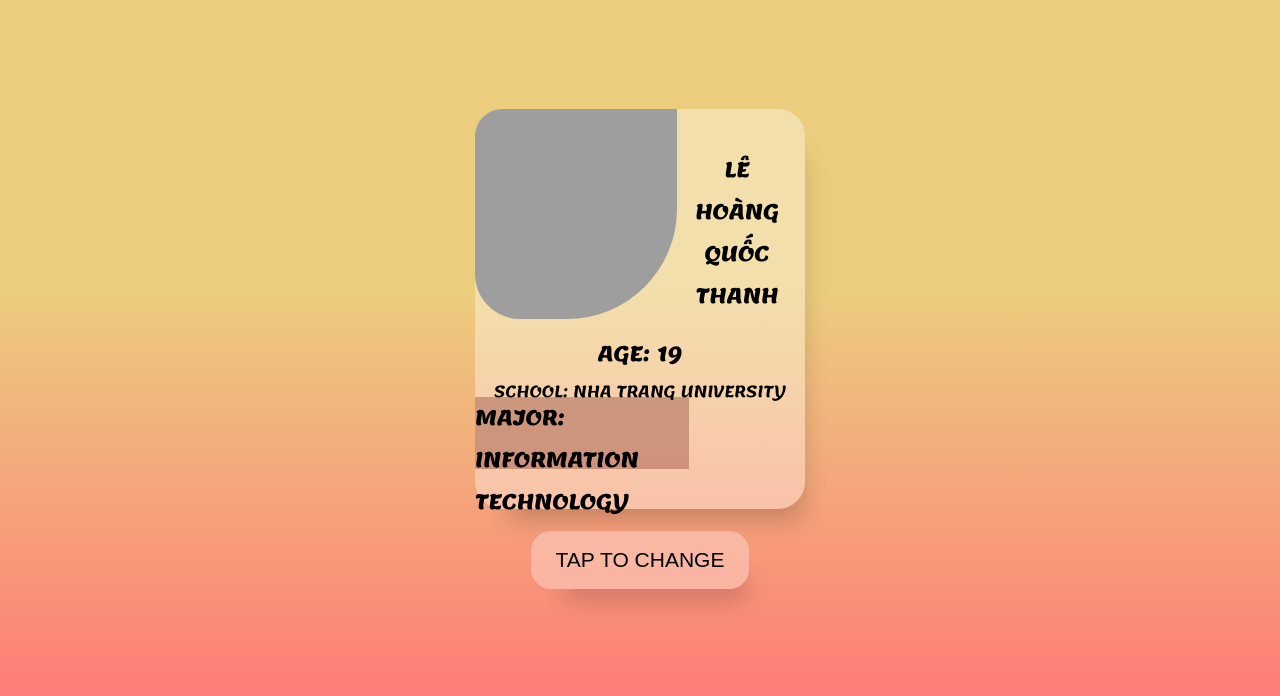
Repository: ThanhThn/profile
Page: index.html
The author's editor kept a copy of each file at every save. The page is drawn from the files as they stood at one save, then again after the next save.
The browser window is 1280 px wide. The pictures show the whole page.
Pictures or frames that could not be fetched are drawn as grey boxes. Some web fonts or font styles are not loaded; a fallback is used.

Above is the page before, as saved 2022-12-05 20:14:11.

After the next save:
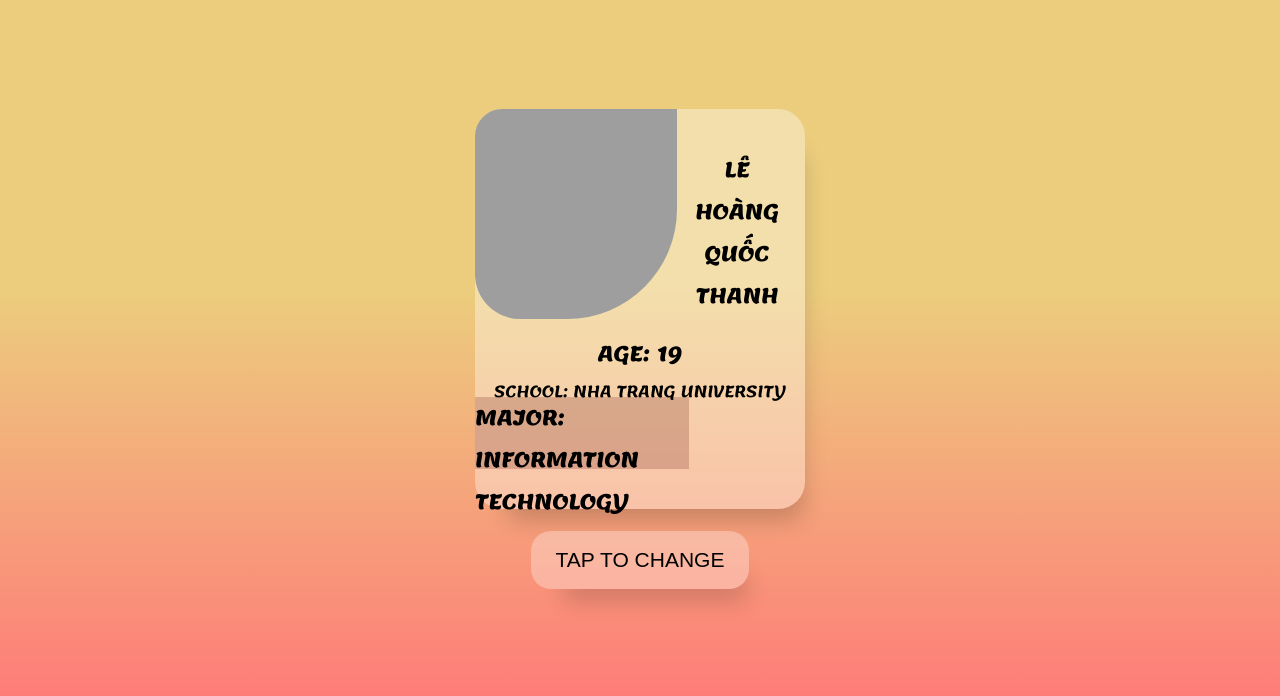
Saved 9 s later.
--- a/style.css
+++ b/style.css
@@ -69,7 +69,7 @@ span{
 .major{
     width: 214px;
     height: 72px;
-    background-color: rgba(126, 48, 40, .35);
+    background-color: rgba(126, 48, 40, .25);
 }
 .btn{
     background: rgba(255, 255, 255, .3);
